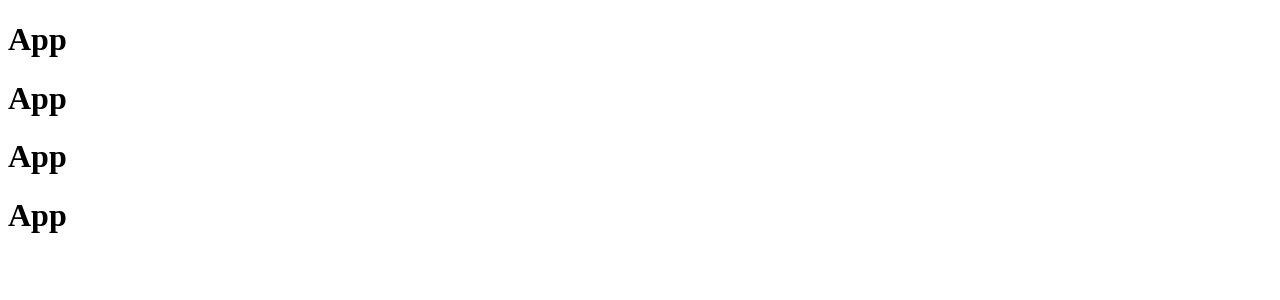
Repository: codelazyguy/codelazyguy-oneforall
Page: / (app in client/)
The author's editor kept a copy of each file at every save. The page is drawn from the files as they stood at one save, then again after the next save.
The browser window is 1280 px wide. The pictures show the whole page.
The project was rebuilt for these pictures with package versions that can differ from the ones it lists, and the page was loaded fresh each time.

Above is the page before, as saved 2021-04-08 00:07:58.

After the next save:
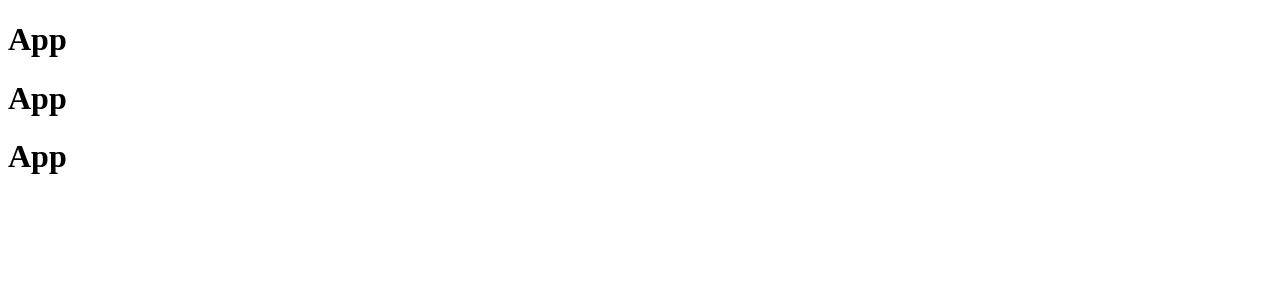
Saved 8 s later.
--- a/client/src/App.js
+++ b/client/src/App.js
@@ -6,7 +6,6 @@ const App = () => {
       <h1>App</h1>
       <h1>App</h1>
       <h1>App</h1>
-      <h1>App</h1>
     </div>
   );
 }
